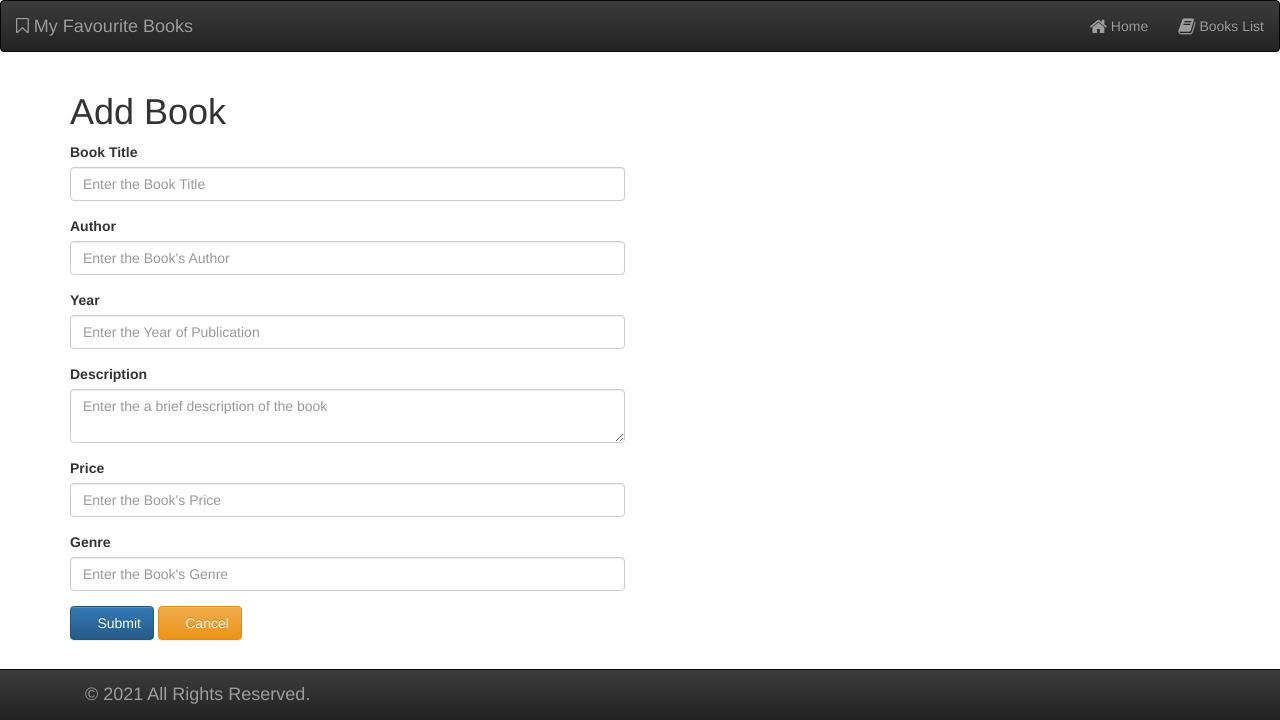
Repository: daviccarvalho/COMP229-M2021-Midterm-301154671
Page: http://localhost/books/add
These files come from the project's save history. The page is drawn as it stood at one moment and after the next save; the edit follows.
The browser window is 1280 px wide. The pictures show the whole page.
The page is served by the project's Node server (server.js). Other server files are loaded and not shown.

Above is the page before, as saved 2021-06-22 17:07:29.

### server/views/books/add.ejs
<%- include('../partials/header.ejs'); %>

<!-- Content for the Add page -->
<div class="container">
    <div class="row">
        <div class="offset-md-3 col-md-6">
            <h1><%= title %></h1>

            <form class="form" method="POST">
                <div class="form-group">
                    <label for="nameTextField">Book Title</label>
                    <input type="text" class="form-control"
                    id="nameTextField"
                    placeholder="Enter the Book Title"
                    name="title" required>
                </div>

                <div class="form-group">
                    <label for="authorTextField">Author</label>
                    <input type="text" class="form-control"
                    id="authorTextField"
                    placeholder="Enter the Book's Author"
                    name="author" required>
                </div>

                <div class="form-group">
                    <label for="publishedTextField">Year</label>
                    <input type="text" class="form-control"
                    id="publishedTextField"
                    placeholder="Enter the Year of Publication"
                    name="published" required>
                </div>

                <div class="form-group">
                    <label for="descriptionTextArea">Description</label>
                    <textarea type="text" class="form-control"
                    id="descriptionTextArea"
                    placeholder="Enter the a brief description of the book"
                    name="description" required></textarea>
                </div>

                <div class="form-group">
                    <label for="priceTextField">Price</label>
                    <input type="text" class="form-control"
                    id="priceTextField"
                    placeholder="Enter the Book's Price"
                    name="price" required>
                </div>

                    <div class="form-group">
                    <label for="genreTextField">Genre</label>
                    <input type="text" class="form-control"
                    id="genreTextField"
                    placeholder="Enter the Book's Genre"
                    name="genre" required>
                </div>

                <button class="btn btn-primary" type="submit">
                    <i class="fas fa-edit"></i> Submit</button>

                    <a href="/books" class="btn btn-warning">
                        <i class="fas fa-undo"></i> Cancel</a>

            </form>
        </div>

    </div>
</div>

<%- include('../partials/footer.ejs'); %>

### server/views/partials/header.ejs
<!DOCTYPE html>
<html lang="en">
  <head>
    <meta charset="utf-8">
    <meta name="viewport" content="width=device-width, initial-scale=1">
    <title><%= title %></title>
    <!-- CSS SECTION -->
    <link rel="stylesheet" href="/Scripts/lib/bootstrap/dist/css/bootstrap.min.css">
    <link rel="stylesheet" href="/Scripts/lib/bootstrap/dist/css/bootstrap-theme.min.css">
    <link rel="stylesheet" href="/Scripts/lib/font-awesome/css/font-awesome.min.css">
    <link rel='stylesheet' href='/Content/app.css' />
  </head>
  <body>

  <nav class="navbar navbar-inverse" role="navigation">
    <!-- Brand and toggle get grouped for better mobile display -->
    <div class="navbar-header">
      <button type="button" class="navbar-toggle" data-toggle="collapse" data-target=".navbar-ex1-collapse">
        <span class="sr-only">Toggle navigation</span>
        <span class="icon-bar"></span>
        <span class="icon-bar"></span>
        <span class="icon-bar"></span>
      </button>
      <a class="navbar-brand" href="/"><i class="fa fa-bookmark-o"></i> My Favourite Books</a>
    </div>

    <!-- Collect the nav links, forms, and other content for toggling -->
    <div class="collapse navbar-collapse navbar-ex1-collapse">
      <ul class="nav navbar-nav navbar-right">
        <% if(title == "Home") { %>
          <li class="active"><a href="/"><i class="fa fa-home fa-lg"></i> Home</a></li>
        <% } else { %>
          <li><a href="/"><i class="fa fa-home fa-lg"></i> Home</a></li>
        <% } %>

          <% if(title == "books") { %>
          <li class="active"><a href="/books"><i class="fa fa-book fa-lg">
          </i> Books List</a></li>
          <% } else { %>
            <li><a href="/books"><i class="fa fa-book fa-lg">
            </i> Books List</a></li>
          <% } %>

      </ul>
    </div><!-- /.navbar-collapse -->
  </nav>

### server/views/partials/footer.ejs

<nav class="navbar navbar-inverse navbar-fixed-bottom">
  <div class="container">
    <h4  class="navbar-text">&copy; 2021 All Rights Reserved.</h4>
  </div>
</nav>



<!-- JAVASCRIPT SECTION -->
    <script src="/Scripts/lib/jquery/dist/jquery.min.js"></script>
    <script src="/Scripts/lib/bootstrap/dist/js/bootstrap.min.js"></script>
    <script src="/Scripts/app.js"></script>
  </body>
</html>

### server.js
let app = require('./server/config/app');
let debug = require('debug')('comp308-w2019-midterm:server');
let http = require('http');

/**
 * Get port from environment and store in Express.
 */

let port = normalizePort(process.env.PORT || '3000');
app.set('port', port);

/**
 * Create HTTP server.
 */

let server = http.createServer(app);

/**
 * Listen on provided port, on all network interfaces.
 */

server.listen(port);
server.on('error', onError);
server.on('listening', onListening);

/**
 * Normalize a port into a number, string, or false.
 */

function normalizePort(val) {
  let port = parseInt(val, 10);

  if (isNaN(port)) {
    // named pipe
    return val;
  }

  if (port >= 0) {
    // port number
    return port;
  }

  return false;
}

/**
 * Event listener for HTTP server "error" event.
 */

function onError(error) {
  if (error.syscall !== 'listen') {
    throw error;
  }

  let bind = typeof port === 'string'
    ? 'Pipe ' + port
    : 'Port ' + port;

  // handle specific listen errors with friendly messages
  switch (error.code) {
    case 'EACCES':
      console.error(bind + ' requires elevated privileges');
      process.exit(1);
      break;
    case 'EADDRINUSE':
      console.error(bind + ' is already in use');
      process.exit(1);
      break;
    default:
      throw error;
  }
}

/**
 * Event listener for HTTP server "listening" event.
 */

function onListening() {
  let addr = server.address();
  let bind = typeof addr === 'string'
    ? 'pipe ' + addr
    : 'port ' + addr.port;
  debug('Listening on ' + bind);
}

### server/routes/books.js
// modules required for routing
let express = require('express');
let router = express.Router();
let mongoose = require('mongoose');

// define the book model
let Book = require('../models/books');

/* GET books List page. READ */
router.get('/', (req, res, next) => {
  // find all books in the books collection
  Book.find( (err, books) => {
    if (err) {
      return console.error(err);
    }
    else {
      res.render('books/index', {title: 'Books', Books: books});
    }
  });
});

//  GET the Book Details page in order to add a new Book
router.get('/add', (req, res, next) => {
    res.render('books/add', {title: 'Add Book'});
});

// POST process the Book Details page and create a new Book - CREATE
router.post('/add', (req, res, next) => {

  let newBook = Book({
    "title": req.body.title,
    "author": req.body.author,
    "published": req.body.published,
    "description": req.body.description,
    "price": req.body.price,
    "genre": req.body.genre
  });

Book.create(newBook, (err, Book) =>{
    if(err)
    {
        console.log(err);
        res.end(err);
    }
    else
    {
        // refresh the book list
        res.redirect('/books');
    }
});

});

// GET the Book Details page in order to edit an existing Book
router.get('/edit/:id', (req, res, next) => {

  let id = req.params.id;

  Book.findById(id, (err, bookToEdit) => {
      if(err)
      {
          console.log(err);
          res.end(err);
      }
      else
      {
          //show the edit view
          res.render('books/edit', {title: 'Edit Book', book: bookToEdit})
      }
  });
});

// POST - process the information passed from the details form and update the document
router.post('/edit/:id', (req, res, next) => {

  let id = req.params.id;

  let updatedBook = Book({
      "_id": id,
      "title": req.body.title,
      "author": req.body.author,
      "published": req.body.published,
      "description": req.body.description,
      "price": req.body.price,
      "genre": req.body.genre
  });

  Book.updateOne({_id: id}, updatedBook, (err) => {
      if(err)
      {
          console.log(err);
          res.end(err);
      }
      else
      {
          // refresh the book list
          res.redirect('/books');
      }
  });

});

// GET - process the delete by user id
router.get('/delete/:id', (req, res, next) => {

  let id = req.params.id;

  Book.remove({_id: id}, (err) => {
      if(err)
      {
          console.log(err);
          res.end(err);
      }
      else
      {
           // refresh the book list
           res.redirect('/books');
      }
  });
});


module.exports = router;

### client/Scripts/app.js
/* custom JS goes here */

/* pagination code from http://www.bootply.com/lxa0FF9yhw */
$.fn.pageMe = function(opts){
    var $this = this,
        defaults = {
            perPage: 7,
            showPrevNext: false,
            hidePageNumbers: false
        },
        settings = $.extend(defaults, opts);

    var listElement = $this;
    var perPage = settings.perPage;
    var children = listElement.children();
    var pager = $('.pager');

    if (typeof settings.childSelector!="undefined") {
        children = listElement.find(settings.childSelector);
    }

    if (typeof settings.pagerSelector!="undefined") {
        pager = $(settings.pagerSelector);
    }

    var numItems = children.size();
    var numPages = Math.ceil(numItems/perPage);

    pager.data("curr",0);

    if (settings.showPrevNext){
        $('<li><a href="#" class="prev_link">«</a></li>').appendTo(pager);
    }

    var curr = 0;
    while(numPages > curr && (settings.hidePageNumbers==false)){
        $('<li><a href="#" class="page_link">'+(curr+1)+'</a></li>').appendTo(pager);
        curr++;
    }

    if (settings.showPrevNext){
        $('<li><a href="#" class="next_link">»</a></li>').appendTo(pager);
    }

    pager.find('.page_link:first').addClass('active');
    pager.find('.prev_link').hide();
    if (numPages<=1) {
        pager.find('.next_link').hide();
    }
  	pager.children().eq(1).addClass("active");

    children.hide();
    children.slice(0, perPage).show();

    pager.find('li .page_link').click(function(){
        var clickedPage = $(this).html().valueOf()-1;
        goTo(clickedPage,perPage);
        return false;
    });
    pager.find('li .prev_link').click(function(){
        previous();
        return false;
    });
    pager.find('li .next_link').click(function(){
        next();
        return false;
    });

    function previous(){
        var goToPage = parseInt(pager.data("curr")) - 1;
        goTo(goToPage);
    }

    function next(){
        goToPage = parseInt(pager.data("curr")) + 1;
        goTo(goToPage);
    }

    function goTo(page){
        var startAt = page * perPage,
            endOn = startAt + perPage;

        children.css('display','none').slice(startAt, endOn).show();

        if (page>=1) {
            pager.find('.prev_link').show();
        }
        else {
            pager.find('.prev_link').hide();
        }

        if (page<(numPages-1)) {
            pager.find('.next_link').show();
        }
        else {
            pager.find('.next_link').hide();
        }

        pager.data("curr",page);
      	pager.children().removeClass("active");
        pager.children().eq(page+1).addClass("active");

    }
};

// IIFE
(function(){
  $(".btn-danger").click(function(event){
    if(!confirm("Are you sure?")) {
      event.preventDefault();
      window.location.assign("/books");
    }
  });

 /* pagination code */
  $('#myTable').pageMe(
    {pagerSelector:'#myPager',showPrevNext:true,hidePageNumbers:false,perPage:6}
    );
})();

Loaded but not shown: client/Scripts/lib/bootstrap/dist/css/bootstrap.min.css (library); client/Scripts/lib/bootstrap/dist/css/bootstrap-theme.min.css (library); client/Scripts/lib/font-awesome/css/font-awesome.min.css (library); client/Content/app.css (common file); client/Scripts/lib/jquery/dist/jquery.min.js (library); client/Scripts/lib/bootstrap/dist/js/bootstrap.min.js (library)

After the next save:
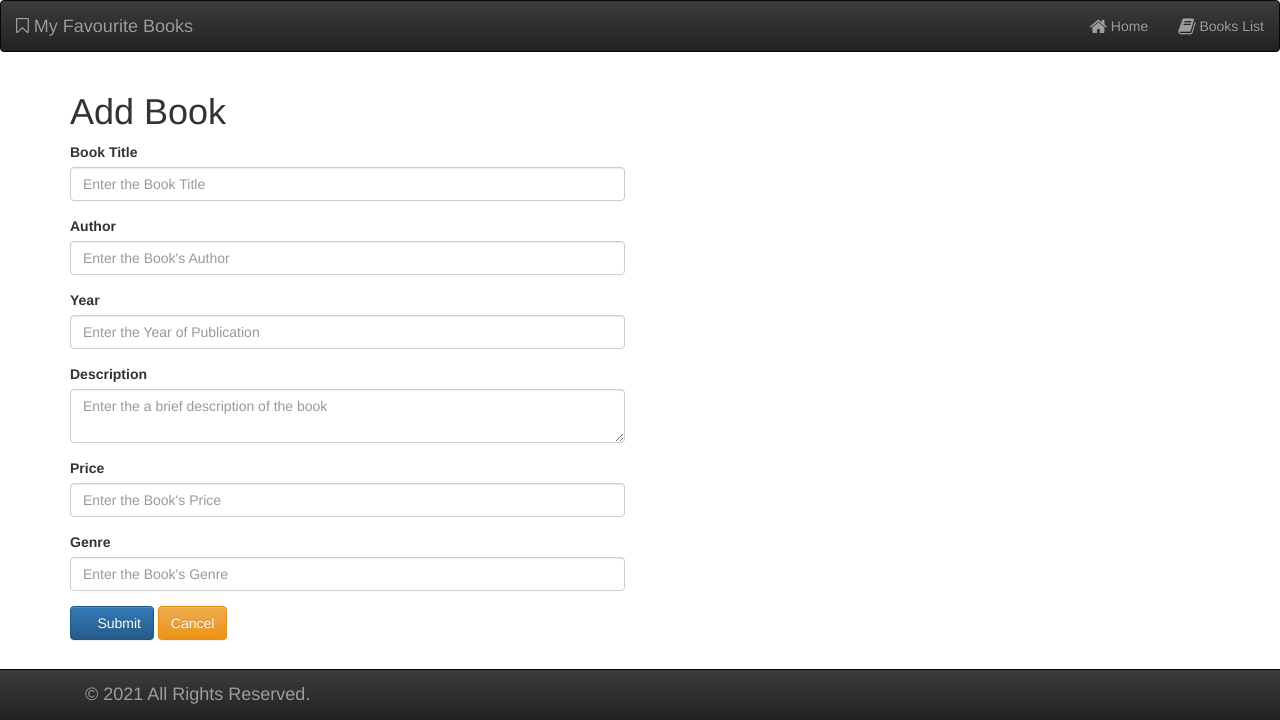
Saved 4 min 15 s later.
--- a/server/views/books/add.ejs
+++ b/server/views/books/add.ejs
@@ -56,10 +56,10 @@
                 </div>
 
                 <button class="btn btn-primary" type="submit">
-                    <i class="fas fa-edit"></i> Submit</button>
+                    <i class="fas fa-plus-square"></i> Submit</button>
 
                     <a href="/books" class="btn btn-warning">
-                        <i class="fas fa-undo"></i> Cancel</a>
+                        <i class="fas fa-undo-alt"></i> Cancel</a>
 
             </form>
         </div>
